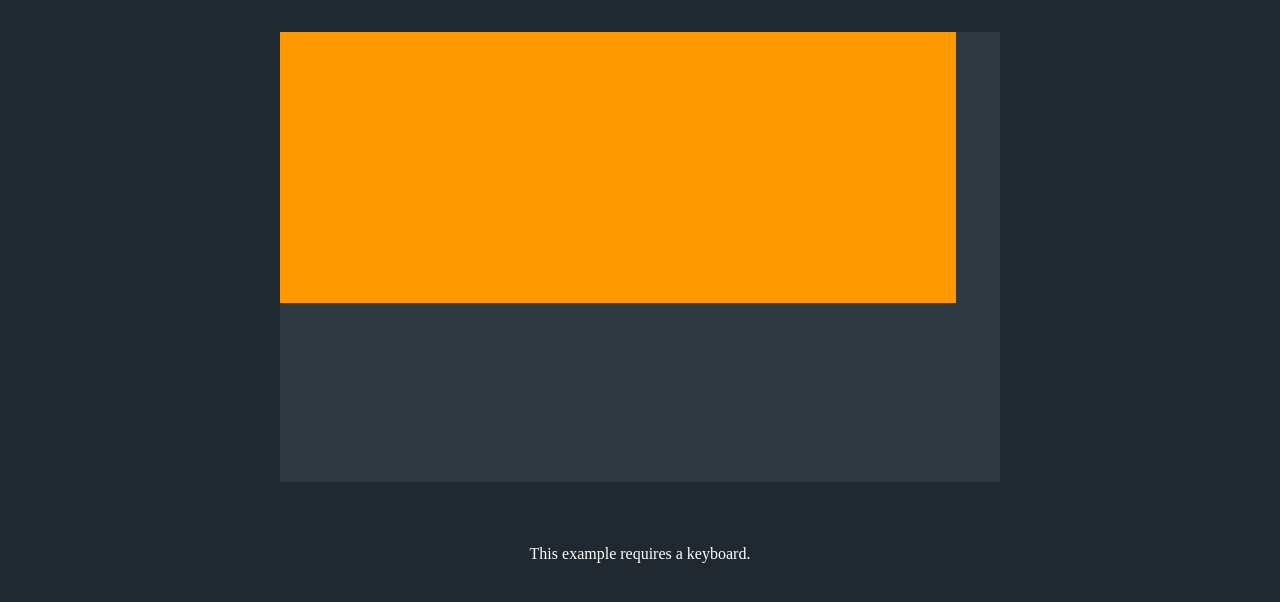
Repository: jh0l/WorldsHardestGame
Page: index.html
The author's editor kept a copy of each file at every save. The page is drawn from the files as they stood at one save, then again after the next save.
The browser window is 1280 px wide. The pictures show the whole page.

Above is the page before, as saved 2018-07-19 00:18:20.

After the next save:
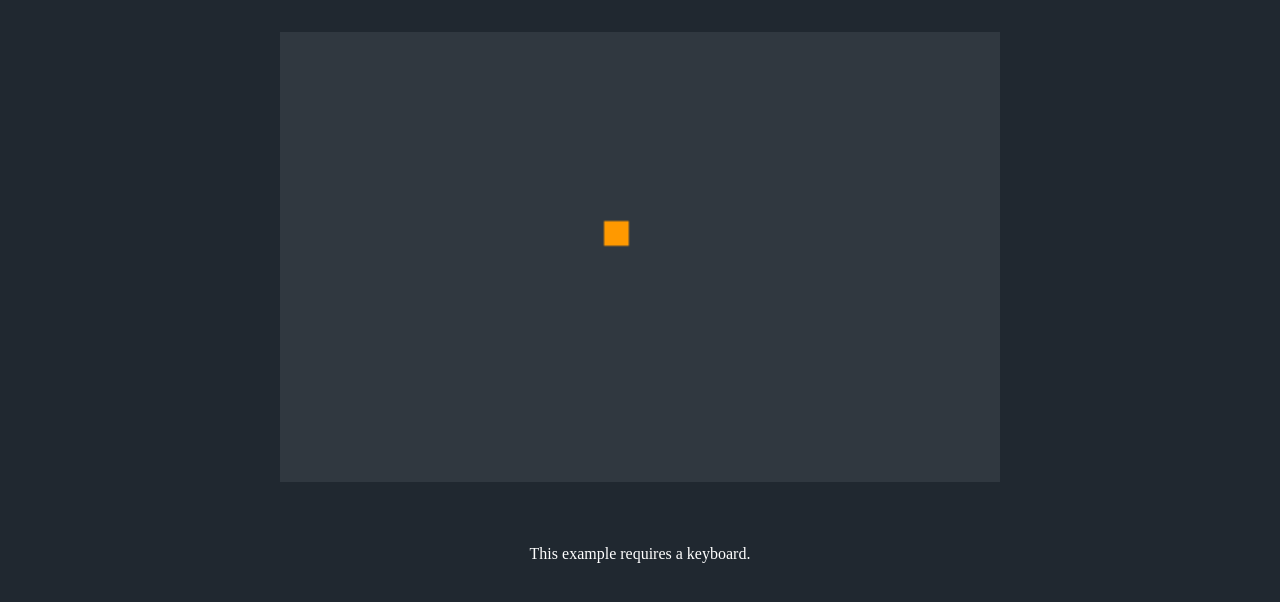
Console error: TypeError: Cannot read properties of undefined (reading 'buffer')
Saved 67 s later.
--- a/src/index.js
+++ b/src/index.js
@@ -38,7 +38,7 @@
         color = "#0099" + val + "f";
     }
     color = color ? "#303840" : color;
-    fillStyle = val;
+    this.buffer.fillStyle = val;
   };
   display = {
     buffer: document.createElement("canvas").getContext("2d"),
@@ -47,7 +47,7 @@
 
     render: function() {
       for (let index = game.world.map.length - 1; index > -1; --index) {
-        tileValColor(game.world.map[index], this.buffer.fillStyle);
+        tileValColor(game.world.map[index]);
         this.buffer.fillRect(
           (index % game.world.columns) * game.world.tile_size,
           Math.floor(index / game.world.columns) * game.world.tile_size,

After the save that followed:
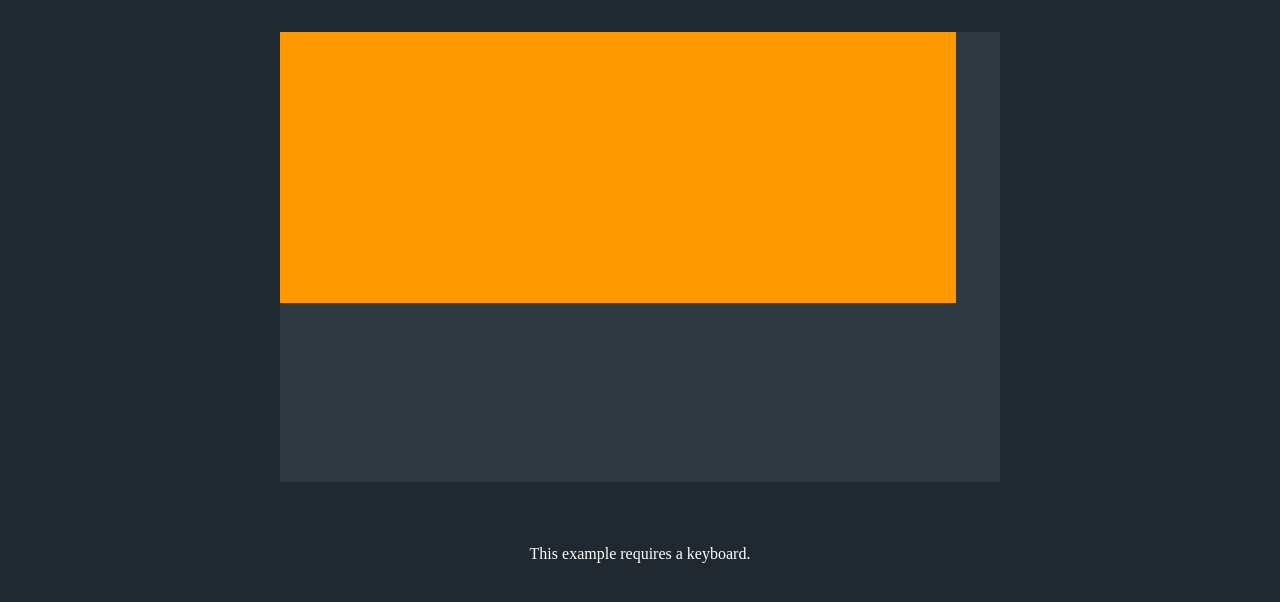
The error is gone.
Saved 28 s later.
--- a/src/index.js
+++ b/src/index.js
@@ -28,7 +28,7 @@
       }
     }
   };
-  const tileValColor = (val, fillStyle) => {
+  const tileValColor = (val, _this) => {
     let color;
     if (val > 0 && val < 10) {
       color = "#0099" + val + "f";
@@ -38,7 +38,7 @@
         color = "#0099" + val + "f";
     }
     color = color ? "#303840" : color;
-    this.buffer.fillStyle = val;
+    _this.buffer.fillStyle = val;
   };
   display = {
     buffer: document.createElement("canvas").getContext("2d"),
@@ -47,7 +47,7 @@
 
     render: function() {
       for (let index = game.world.map.length - 1; index > -1; --index) {
-        tileValColor(game.world.map[index]);
+        tileValColor(game.world.map[index], this);
         this.buffer.fillRect(
           (index % game.world.columns) * game.world.tile_size,
           Math.floor(index / game.world.columns) * game.world.tile_size,
